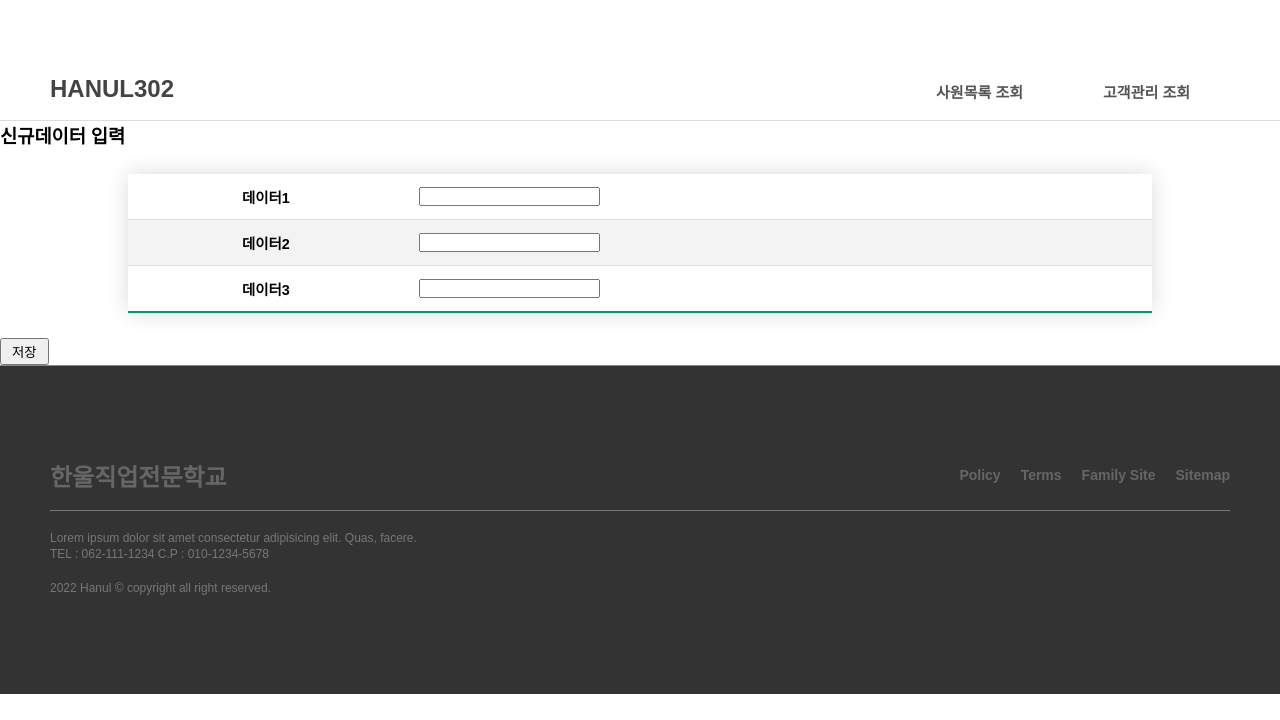
Repository: Xeyeong/servlet
Page: http://localhost/05.MiniProject/test/new.jsp
These files come from the project's save history. The page is drawn as it stood at one moment and after the next save; the edit follows.
The browser window is 1280 px wide. The pictures show the whole page.
Some web libraries are served in a nearby version. The page is served by Tomcat 9. Other server files are loaded and not shown.

Above is the page before, as saved 2022-09-16 03:00:15.

### 05.MiniProject/src/main/webapp/test/new.jsp
<%@ page language="java" contentType="text/html; charset=UTF-8"
	pageEncoding="UTF-8"%>
<!DOCTYPE html>
<html>
<head>
<meta charset="UTF-8">

<title>Insert title here</title>
</head>
<body>

	<%@ include file="/include/header.jsp"%>

	<h3>신규데이터 입력</h3>
	<table class="styled-table">
		<tr>
			<th>데이터1</th>
			<td><input type="text" /></td>
		</tr>
		<tr>
			<th>데이터2</th>
			<td><input type="text" /></td>
		</tr>
		<tr>
			<th>데이터3</th>
			<td><input type="text" /></td>
		</tr>
	</table>
	<div style='margin:0 auto'>
		<input type='submit' value='저장'>
	</div>
	<%@ include file="/include/footer.jsp"%>
</body>
</html>

### 05.MiniProject/src/main/webapp/include/header.jsp
<%@ page language="java" contentType="text/html; charset=UTF-8"
	pageEncoding="UTF-8"%>
<!DOCTYPE html>
<html>
<head>
<meta charset="UTF-8">
<title>Insert title here</title>
</head>
<body>

<head>
<meta charset="UTF-8">
<meta http-equiv="X-UA-Compatible" content="IE=CHROME">
<meta name="viewport" content="width=device-width, initial-scale=1.0">
<title>실습용 테마</title>
<link rel="icon" href="favicon.ico" type="image/x-icon">
<script src="https://kit.fontawesome.com/c47106c6a7.js"
	crossorigin="anonymous"></script>
<link rel="stylesheet" href="css/style.css">
<script src="js/ie.js"></script>
<linka
	href="https://cdn.jsdelivr.net/npm/bootstrap@5.2.0-beta1/dist/css/bootstrap.min.css"
	rel="stylesheet"
	integrity="sha384-0evHe/X+R7YkIZDRvuzKMRqM+OrBnVFBL6DOitfPri4tjfHxaWutUpFmBp4vmVor"
	crossorigin="anonymous">
<script
	src="https://cdn.jsdelivr.net/npm/bootstrap@5.2.0-beta1/dist/js/bootstrap.bundle.min.js"
	integrity="sha384-pprn3073KE6tl6bjs2QrFaJGz5/SUsLqktiwsUTF55Jfv3qYSDhgCecCxMW52nD2"
	crossorigin="anonymous"></script>
<script src="https://code.jquery.com/jquery-3.6.0.min.js"></script>
</head>
<body>
	<header>
		<div class="inner">
			<h1>
				<a href="#">HANUL302</a>
			</h1>
			<ul id="gnb">
				<li><a href="jspTest_01.te">사원목록 조회</a></li>
				<li><a href="jspTest_02.te">고객관리 조회</a></li>
			</ul>


		</div>

	</header></html>

### 05.MiniProject/src/main/webapp/include/footer.jsp
<%@ page language="java" contentType="text/html; charset=UTF-8"
    pageEncoding="UTF-8"%>
<footer>
		<div class="inner">
			<div class="upper">
				<h1>한울직업전문학교</h1>
				<ul>
					<li><a href="#">Policy</a></li>
					<li><a href="#">Terms</a></li>
					<li><a href="#">Family Site</a></li>
					<li><a href="#">Sitemap</a></li>
				</ul>
			</div>
			<div class="lower">
				<address>
					Lorem ipsum dolor sit amet consectetur adipisicing elit. Quas,
					facere.<br> TEL : 062-111-1234 C.P : 010-1234-5678
				</address>
				<p>2022 Hanul &copy; copyright all right reserved.</p>
			</div>
		</div>
</footer>

### 05.MiniProject/src/main/webapp/css/style.css
@charset 'utf-8';


* {
	margin: 0px;
	padding: 0px;
	box-sizing: border-box;
}
ul,
ol {
	list-style: none;
}
a {
	text-decoration: none;
}

/* header */
header {
	width: 100%;
	border-bottom: 1px solid #ddd;
}
header .inner {
	width: 1180px;
	height: 120px;
	margin: 0px auto;
	position: relative; /*자식 absolute 요소의 기준점 설정*/
}
header .inner h1 {
	position: absolute;
	left: 0px;
	bottom: 15px;
}
header .inner h1 a {
	font: bold 24px/1 "arial";
	color: #444;
}
header .inner .util {
	position: absolute;
	top: 20px;
	right: 30px;
}
header .inner .util li {
	float: left;
}
header .inner .util li a {
	display: block;
	font: 18px "arial";
	color: #999;
	padding: 0px 10px;
}
header .inner #gnb {
	position: absolute;
	bottom: 0px;
	right: 0px;
}
header .inner #gnb li {
	float: left;
}
header .inner #gnb li a {
	display: block; /*인라인 요소는 block설정하여 크기를 조절가능*/
	font: bold 15px/1 "arial";
	color: #555;
	padding: 20px 40px;
	transition: all 0.5s;
}
header .inner #gnb li a:hover {
	background: #555;
	color: #fff;
}
figure {
	width: 100%;
	height: calc(100vh - 120px); /*전체 브라우저 높이에서 120px만큼 빼줌*/
	background: #000;
	position: relative;
	overflow: hidden;
	padding-top: 250px;
}
figure video {
	object-fit: cover; /*영상을 figure안쪽에 꽉 차도록 설정*/
	width: 100%;
	height: 100%;
	opacity: 0.3;
	position: absolute;
	top: 0px;
	left: 0px;
}
figure .inner {
	width: 1180px;
	margin: 0px auto;
	position: relative;
}
figure .inner h1 {
	font: normal 120px/1 "arial";
	color: #fff;
	margin-bottom: 20px;
}
figure .inner p {
	font: 16px/1.4 "arial";
	color: #888;
	margin-bottom: 60px;
}
figure .inner a {
	display: block;
	width: 400px;
	height: 30px;
	border: 1px solid #bbb;
	font: bold 11px/30px "arial";
	color: #fff;
	text-align: center;
	letter-spacing: 1px;
	transition: all 0.5s;
}
figure .inner a:hover {
	background: #fff;
	color: #555;
}
/* news */
section {
	width: 100%;
	padding: 200px 0px;
}
section .inner {
	width: 1180px;
	margin: 0px auto;
}
section .inner h1 {
	font: bold 24px/1 "arial";
	color: #555;
	text-align: center;
	margin-bottom: 50px;
}
section .inner .wrap {
	width: 100%;
}
section .inner .wrap::after {
	/*자식 요소인 article의 float해제*/
	content: "";
	display: block;
	clear: both;
}
section .inner .wrap article {
	width: 32%;
	float: left;
	margin-right: 20px;
}
section .inner .wrap article:last-child {
	/*제일 오른쪽 마지막 요소만 여백제거*/
	margin-right: 0px;
}
section .inner .wrap article h2 {
	margin-bottom: 10px;
}
section .inner .wrap article h2 a {
	font: bold 16px/1 "arial";
	color: #555;
}
section .inner .wrap article p {
	font: 14px/1.4 "arial";
	color: #777;
}
section .inner .wrap article .pic {
	width: 100%;
	height: 120px;
	background: #333;
	margin-bottom: 15px;
	position: relative;
	overflow: hidden;
}
section .inner .wrap article .pic img {
	object-fit: cover; /*pic프레임안에 이미지 꽉 채움*/
	width: 100%;
	height: 100%;
}
/* footer */
footer {
	width: 100%;
	background: #333;
	padding: 100px 0px;
	border-top: 1px solid #888;
}
footer .inner {
	width: 1180px;
	margin: 0px auto;
}
footer .inner .upper {
	width: 100%;
	border-bottom: 1px solid #777;
	padding-bottom: 20px;
}
footer .inner .upper::after {
	/*상단 영역 float해제*/
	content: "";
	display: block;
	clear: both;
}
footer .inner .upper h1 {
	float: left;
	font: bold 24px/1 "arial";
	color: #666;
}
footer .inner .upper ul {
	float: right;
}
footer .inner .upper ul li {
	float: left;
	margin-left: 20px;
}
footer .inner .upper ul li a {
	font: bold 14px/1 "arial";
	color: #666;
}
footer .inner .lower {
	width: 100%;
	padding-top: 20px;
}
footer .inner .lower address {
	width: 100%;
	font: 12px/1.3 "arial";
	color: #777;
	margin-bottom: 20px;
}
footer .inner .lower p {
	width: 100%;
	font: 12px/1 "arial";
	color: #777;
}

.styled-table {
	width: 80%;
    border-collapse: collapse;
    margin: 2% 10% 2% 10% ;
    font-size: 0.9em;
    font-family: sans-serif;
    min-width: 400px;
    box-shadow: 0 0 20px rgba(0, 0, 0, 0.15);

}

.styled-table thead tr {
    background-color: #009879;
    color: #ffffff;
    text-align: left;
}

.styled-table th,
.styled-table td {
    padding: 12px 15px;
}

.styled-table tbody tr {
    border-bottom: 1px solid #dddddd;
}

.styled-table tbody tr:nth-of-type(even) {
    background-color: #f3f3f3;
}

.styled-table tbody tr:last-of-type {
    border-bottom: 2px solid #009879;
}

.styled-table tbody tr.active-row {
    font-weight: bold;
    color: #009879;
}



.styled-table {
	width: 80%;
    border-collapse: collapse;
    margin: 2% 10% 2% 10%;
    font-size: 0.9em;
    font-family: sans-serif;
    min-width: 400px;
    box-shadow: 0 0 20px rgba(0, 0, 0, 0.15);
}

.styled-table thead tr {
    background-color: #009879;
    color: #ffffff;
    text-align: left;
}

.styled-table th,
.styled-table td {
    padding: 12px 15px;
}

.styled-table tbody tr {
    border-bottom: 1px solid #dddddd;
}

.styled-table tbody tr:nth-of-type(even) {
    background-color: #f3f3f3;
}

.styled-table tbody tr:last-of-type {
    border-bottom: 2px solid #009879;
}

.styled-table tbody tr.active-row {
    font-weight: bold;
    color: #009879;
}
.list-top{
	width: 80%;
	margin: 2%, 10%;
}
input[ type=button ] {
	padding : 2px 10px
}

input[type=submit ]{
	padding: 2px 10px
}

Loaded but not shown: 05.MiniProject/src/main/webapp/js/ie.js (common file)

After the next save:
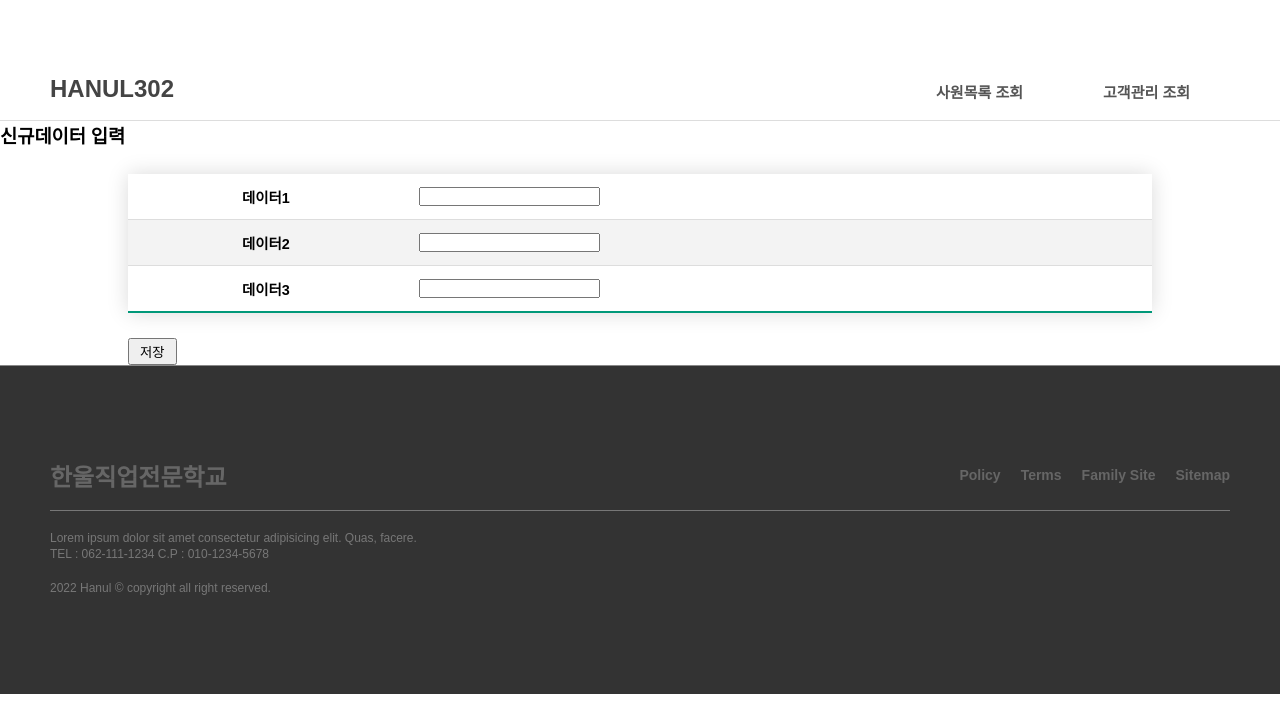
Saved 17 s later.
--- a/05.MiniProject/src/main/webapp/test/new.jsp
+++ b/05.MiniProject/src/main/webapp/test/new.jsp
@@ -26,7 +26,7 @@
 			<td><input type="text" /></td>
 		</tr>
 	</table>
-	<div style='margin:0 auto'>
+	<div style='margin:0 auto' class='list-top'>
 		<input type='submit' value='저장'>
 	</div>
 	<%@ include file="/include/footer.jsp"%>
